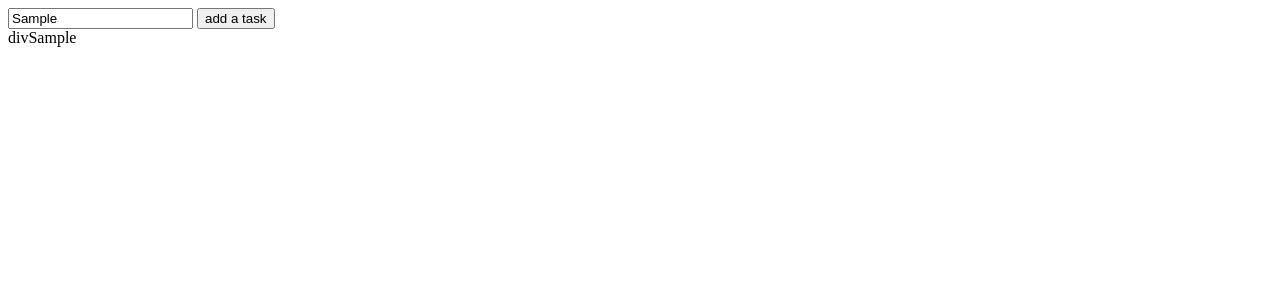
Repository: tanayburbure/Todo-application
Page: index.html
An editor plug-in stored every save of this project. The page is shown before and after the next save, followed by the edit.
The browser window is 1280 px wide. The pictures show the whole page.
Empty fields were first filled with sample values (such as "Sample", 5 or name@example.com).
After loading, the first visible `button` was clicked once.

Above is the page before, as saved 2025-10-21 16:32:54.

### index.html
<!DOCTYPE html>
<html lang="en">
<head>
    <meta charset="UTF-8">
    <meta name="viewport" content="width=device-width, initial-scale=1.0">
    <title>Document</title>
</head>
<body>
    <input type="text" placeholder="add task"/>
    <button onclick="addtodo()" >add a task</button>


    <script src="script.js"></script>
</body>
</html>

### script.js
// let ctr = 0;
// function callback(){
//     document.querySelectorAll("h4")[1].innerHTML = ctr;
//     const el = document.querySelectorAll("h4")[1];
//     el.innerHTML = ctr;
//     ctr = ctr + 1;
// }
// // setInterval(callback,1000)

// function deleterandometodo(){
//     const element = document.querySelector("h4");
//     const parentelement = element.parentElement;
//     parentelement.removeChild(element)
// }

// function addTodo(){
//     const divEL = document.createElement("div");
//     divEL.innerHTML = "Hiiiiiiiiiiiii thereeeeeeee";
//     const parentEL = document.querySelector("body");
//     parentEL.appendChild(divEL);
// }


function addtodo(){
    const inputEL = document.querySelector("input")
    const value = inputEL.value


    const newDivEL = document.createElement("div")
    newDivEL.innerHTML = "div" + value;
    document.querySelector("body").appendChild(newDivEL)
}

After the next save:
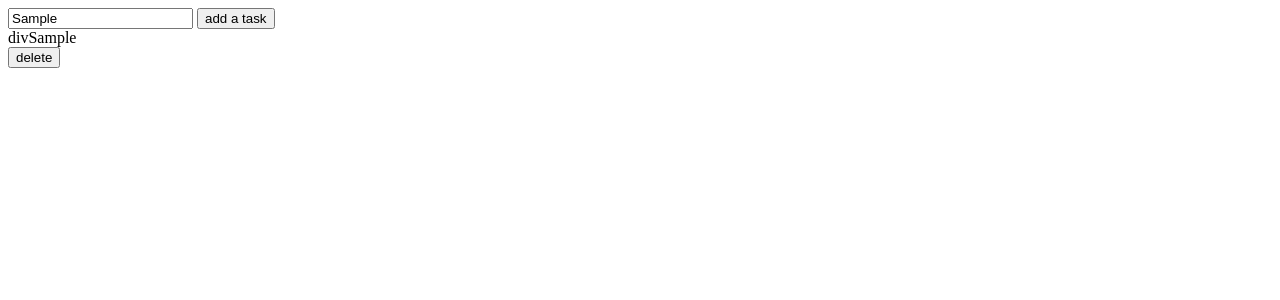
Saved 44 s later.
--- a/script.js
+++ b/script.js
@@ -27,6 +27,6 @@ function addtodo(){
 
 
     const newDivEL = document.createElement("div")
-    newDivEL.innerHTML = "div" + value;
+    newDivEL.innerHTML = "div" + value + "<div/><button>delete</button>";
     document.querySelector("body").appendChild(newDivEL)
 }
